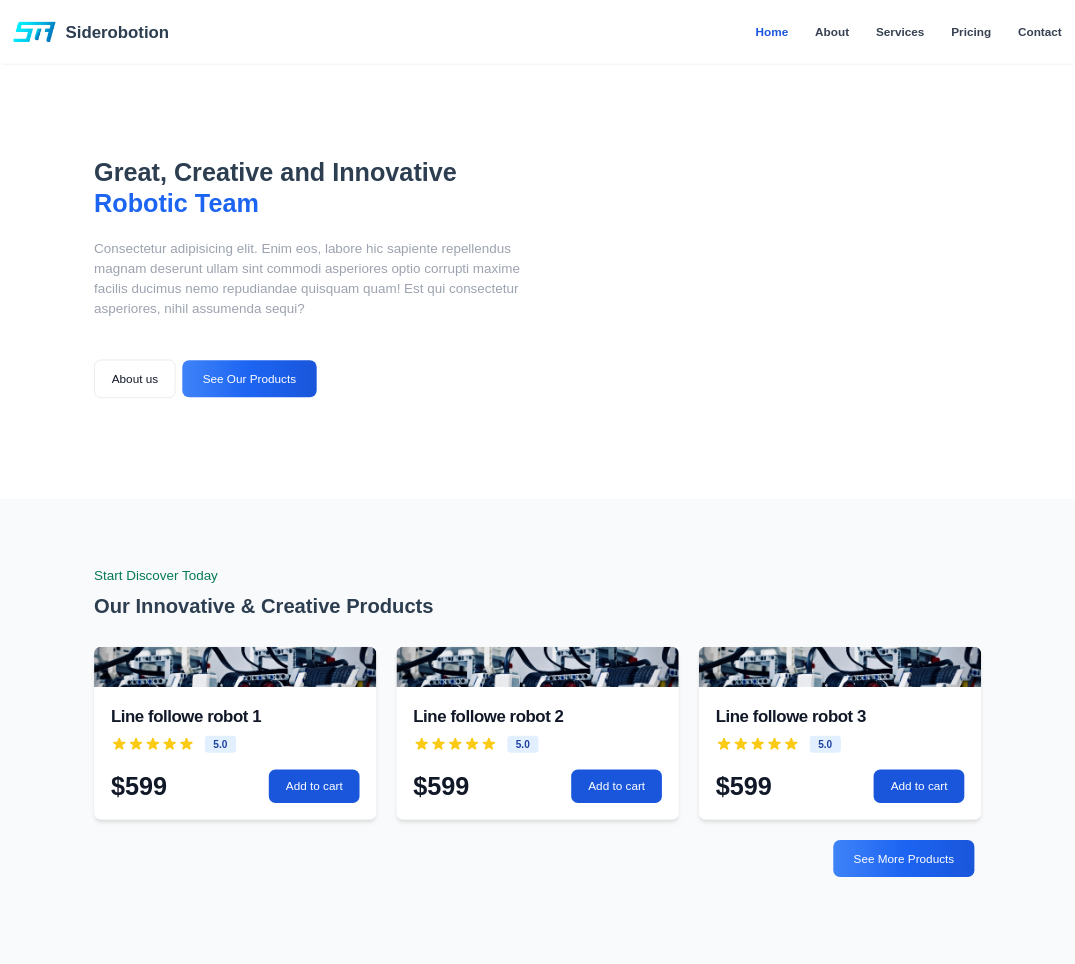
Repository: khulqu15/siderobotion
Page: /
An editor plug-in stored every save of this project. The page is shown before and after the next save, followed by the edit.
The browser window is 1280 px wide. The pictures show the whole page, at 84% of full size.
The project was rebuilt for these pictures with package versions that can differ from the ones it lists, and the page was loaded fresh each time. Also part of the build but not shown: vue.config.js.

Above is the page before, as saved 2022-06-12 02:42:46.

After the next save:
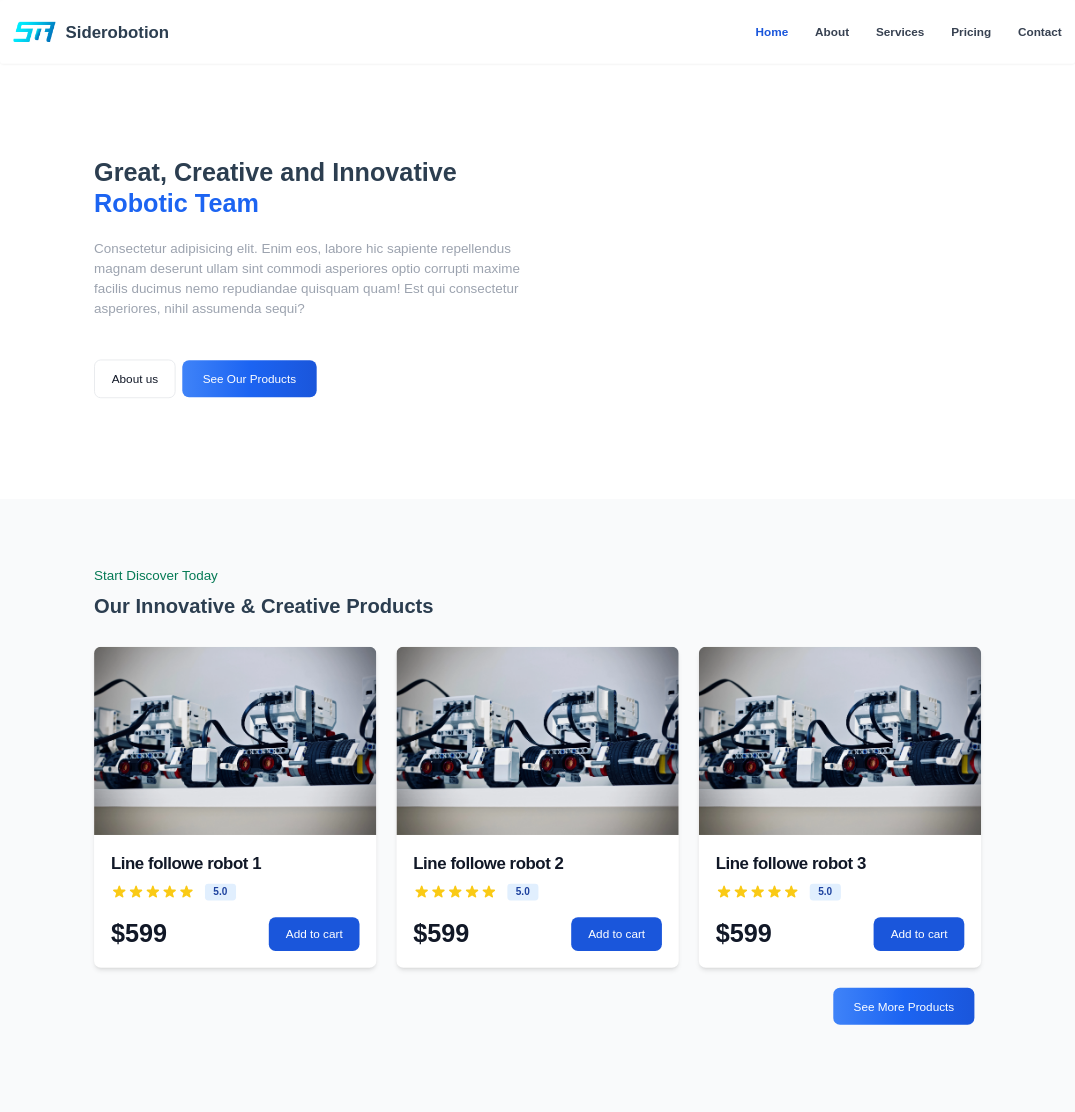
Saved 10 s later.
--- a/src/views/HomeView.vue
+++ b/src/views/HomeView.vue
@@ -19,7 +19,7 @@
         <div v-for="(item, index) in 3" :key="index">
           <div class="w-full bg-white rounded-lg shadow-md dark:bg-gray-800 dark:border-gray-700">
             <a href="#">
-              <img class="rounded-t-lg h-12 w-full object-cover" :src="require('@/assets/images/product.webp')" alt="product image" />
+              <img class="rounded-t-lg" :src="require('@/assets/images/product.webp')" alt="product image" />
             </a>
             <div class="p-5">
               <a href="#">
